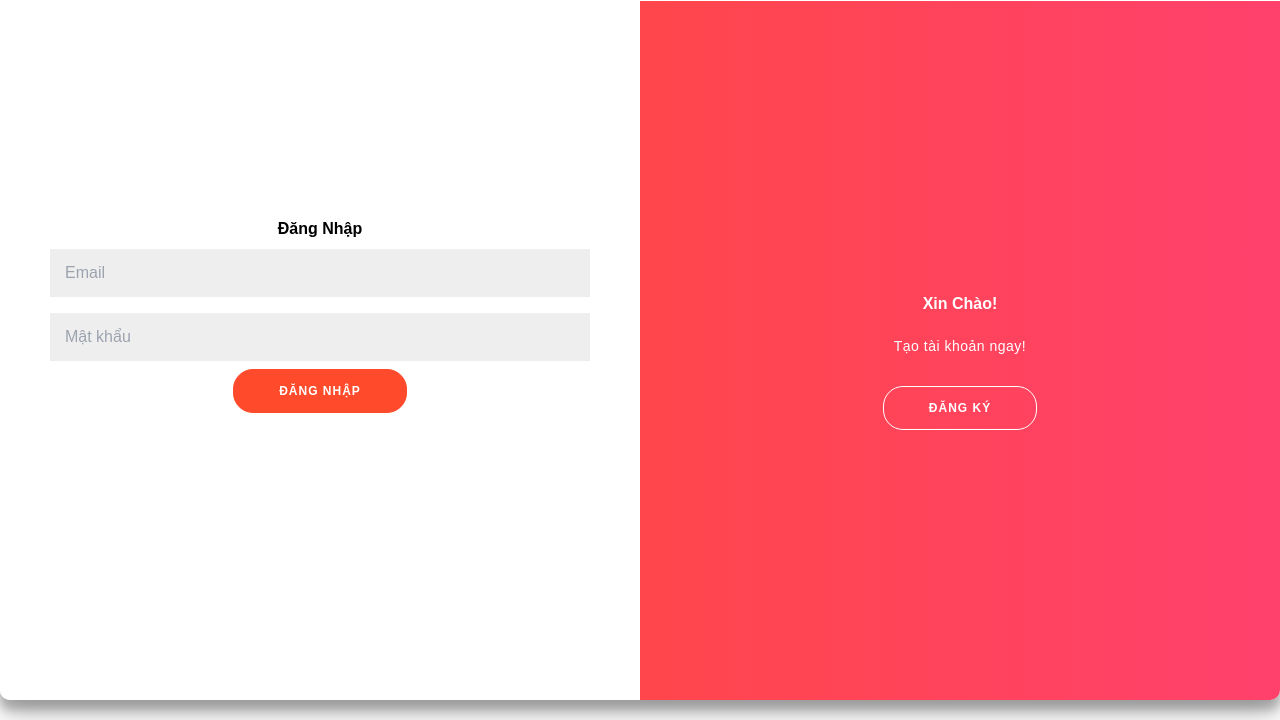
Repository: BlackWolf2002/project_airbn_react
Page: /
The author's editor kept a copy of each file at every save. The page is drawn from the files as they stood at one save, then again after the next save.
The browser window is 1280 px wide. The pictures show the whole page.
The project was rebuilt for these pictures with package versions that can differ from the ones it lists, and the page was loaded fresh each time. Also part of the build but not shown: vite.config.js.

Above is the page before, as saved 2025-02-05 00:03:21.

After the next save:
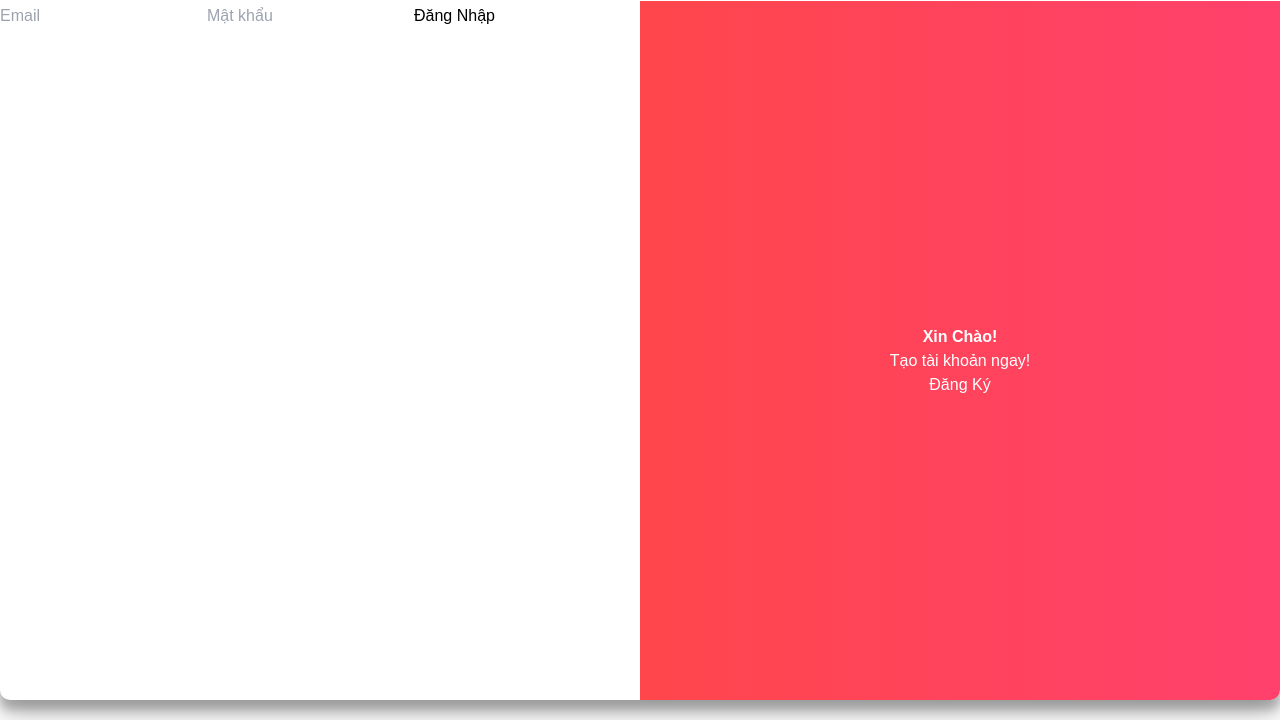
Saved 2 min 39 s later.
--- a/src/style/Login.css
+++ b/src/style/Login.css
@@ -16,74 +16,7 @@
     margin: 0;
 }
 
-.container-login h2 {
-    text-align: center;
-}
-
-.container-login p {
-    font-size: 14px;
-    font-weight: 100;
-    line-height: 20px;
-    letter-spacing: 0.5px;
-    margin: 20px 0 30px;
-}
-
-.container-login span {
-    font-size: 12px;
-}
-
-.container-login a {
-    color: #333;
-    font-size: 14px;
-    text-decoration: none;
-    margin: 15px 0;
-}
-
-.container-login button {
-    border-radius: 20px;
-    border: 1px solid #ff4b2b;
-    background-color: #ff4b2b;
-    color: #ffffff;
-    font-size: 12px;
-    font-weight: bold;
-    padding: 12px 45px;
-    letter-spacing: 1px;
-    text-transform: uppercase;
-    transition: transform 80ms ease-in;
-}
-
-.container-login button:active {
-    transform: scale(0.95);
-}
-
-.container-login button:focus {
-    outline: none;
-}
-
-.container-login button.ghost {
-    background-color: transparent;
-    border-color: #ffffff;
-}
-
-.container-login form {
-    background-color: #ffffff;
-    display: flex;
-    align-items: center;
-    justify-content: center;
-    flex-direction: column;
-    padding: 0 50px;
-    height: 100%;
-    text-align: center;
-}
-
-.container-login input {
-    background-color: #eee;
-    border: none;
-    padding: 12px 15px;
-    margin: 8px 0;
-    width: 100%;
-}
-
+/* Chỉnh sửa form container */
 .container-login .form-container {
     position: absolute;
     top: 0;
@@ -91,42 +24,32 @@
     transition: all 0.6s ease-in-out;
 }
 
+/* sign-in-container hiển thị khi không có right-panel-active */
 .sign-in-container {
     left: 0;
     width: 50%;
     z-index: 2;
 }
 
-.container-login.right-panel-active .sign-in-container {
-    transform: translateX(100%);
-}
-
+/* sign-up-container hiển thị khi có right-panel-active */
 .sign-up-container {
     left: 0;
     width: 50%;
-    opacity: 0;
-    /* z-index: 1; */
+    opacity: 1; /* Đảm bảo opacity luôn là 1 */
+    z-index: 1;
+    transition: transform 0.6s ease-in-out; /* Chuyển động mượt mà */
 }
 
+/* Khi bấm vào Đăng Ký */
 .container-login.right-panel-active .sign-up-container {
-    transform: translateX(100%);
-    opacity: 1;
-    z-index: 5;
-    animation: show 0.6s;
+    transform: translateX(100%); /* Di chuyển sang phải */
+    opacity: 1; /* Đảm bảo form Đăng Ký luôn có opacity 1 */
+    z-index: 5; /* Đảm bảo z-index là cao để không bị che */
 }
 
-@keyframes show {
-    0%,
-    49.99% {
-        opacity: 0;
-        z-index: 1;
-    }
-
-    50%,
-    100% {
-        opacity: 1;
-        z-index: 5;
-    }
+/* Khi bấm vào Đăng Nhập */
+.container-login.right-panel-active .sign-in-container {
+    transform: translateX(100%); /* Di chuyển sang phải khi Đăng Ký được chọn */
 }
 
 .overlay-container {
@@ -145,18 +68,12 @@
 }
 
 .overlay {
-    background: #ff416c;
-    background: -webkit-linear-gradient(to right, #ff4b2b, #ff416c);
     background: linear-gradient(to right, #ff4b2b, #ff416c);
-    background-repeat: no-repeat;
-    background-size: cover;
-    background-position: 0 0;
     color: #ffffff;
     position: relative;
     left: -100%;
     height: 100%;
     width: 200%;
-    transform: translateX(0);
     transition: transform 0.6s ease-in-out;
 }
 

After the save that followed:
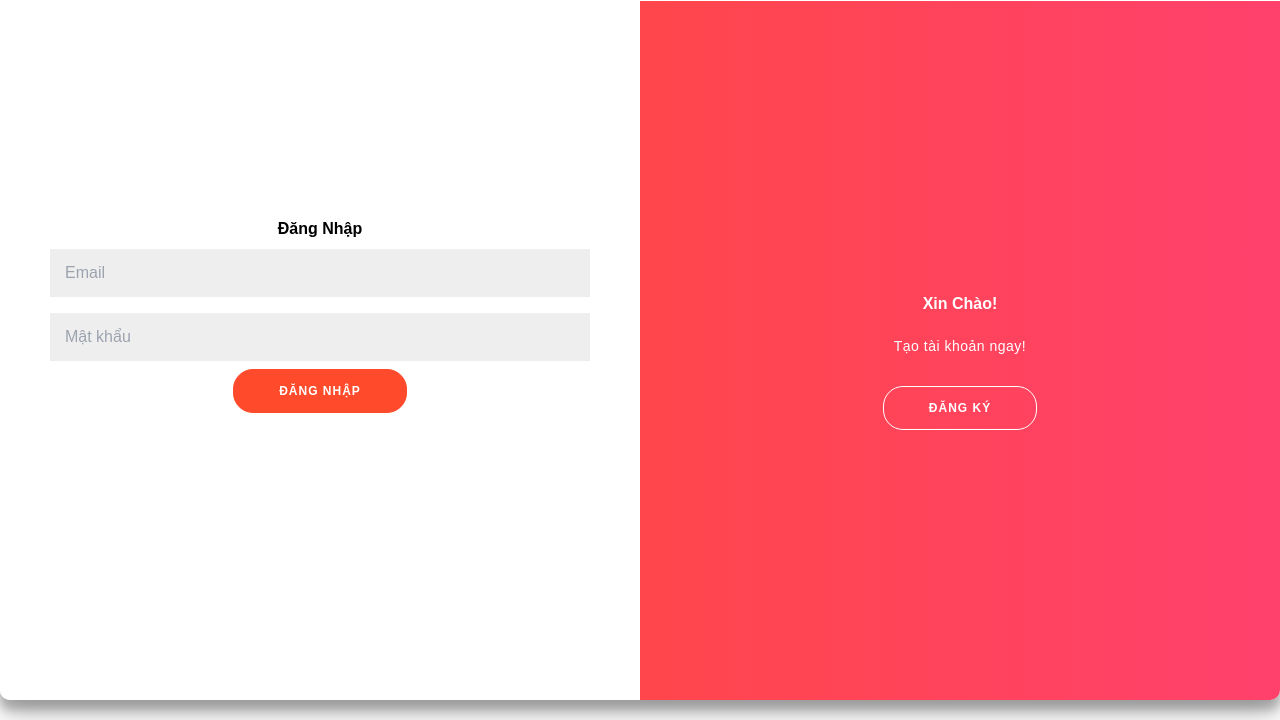
Saved 24 s later.
--- a/src/style/Login.css
+++ b/src/style/Login.css
@@ -16,7 +16,74 @@
     margin: 0;
 }
 
-/* Chỉnh sửa form container */
+.container-login h2 {
+    text-align: center;
+}
+
+.container-login p {
+    font-size: 14px;
+    font-weight: 100;
+    line-height: 20px;
+    letter-spacing: 0.5px;
+    margin: 20px 0 30px;
+}
+
+.container-login span {
+    font-size: 12px;
+}
+
+.container-login a {
+    color: #333;
+    font-size: 14px;
+    text-decoration: none;
+    margin: 15px 0;
+}
+
+.container-login button {
+    border-radius: 20px;
+    border: 1px solid #ff4b2b;
+    background-color: #ff4b2b;
+    color: #ffffff;
+    font-size: 12px;
+    font-weight: bold;
+    padding: 12px 45px;
+    letter-spacing: 1px;
+    text-transform: uppercase;
+    transition: transform 80ms ease-in;
+}
+
+.container-login button:active {
+    transform: scale(0.95);
+}
+
+.container-login button:focus {
+    outline: none;
+}
+
+.container-login button.ghost {
+    background-color: transparent;
+    border-color: #ffffff;
+}
+
+.container-login form {
+    background-color: #ffffff;
+    display: flex;
+    align-items: center;
+    justify-content: center;
+    flex-direction: column;
+    padding: 0 50px;
+    height: 100%;
+    text-align: center;
+}
+
+.container-login input {
+    background-color: #eee;
+    border: none;
+    padding: 12px 15px;
+    margin: 8px 0;
+    width: 100%;
+}
+
 .container-login .form-container {
     position: absolute;
     top: 0;
@@ -24,32 +91,42 @@
     transition: all 0.6s ease-in-out;
 }
 
-/* sign-in-container hiển thị khi không có right-panel-active */
 .sign-in-container {
     left: 0;
     width: 50%;
     z-index: 2;
 }
 
-/* sign-up-container hiển thị khi có right-panel-active */
+.container-login.right-panel-active .sign-in-container {
+    transform: translateX(100%);
+}
+
 .sign-up-container {
     left: 0;
     width: 50%;
-    opacity: 1; /* Đảm bảo opacity luôn là 1 */
-    z-index: 1;
-    transition: transform 0.6s ease-in-out; /* Chuyển động mượt mà */
-}
-
-/* Khi bấm vào Đăng Ký */
+    opacity: 0;
+    /* z-index: 1; */
+}
+
 .container-login.right-panel-active .sign-up-container {
-    transform: translateX(100%); /* Di chuyển sang phải */
-    opacity: 1; /* Đảm bảo form Đăng Ký luôn có opacity 1 */
-    z-index: 5; /* Đảm bảo z-index là cao để không bị che */
-}
-
-/* Khi bấm vào Đăng Nhập */
-.container-login.right-panel-active .sign-in-container {
-    transform: translateX(100%); /* Di chuyển sang phải khi Đăng Ký được chọn */
+    transform: translateX(100%);
+    opacity: 1;
+    z-index: 5;
+    animation: show 0.6s;
+}
+
+@keyframes show {
+    0%,
+    49.99% {
+        opacity: 0;
+        z-index: 1;
+    }
+
+    50%,
+    100% {
+        opacity: 1;
+        z-index: 5;
+    }
 }
 
 .overlay-container {
@@ -68,12 +145,18 @@
 }
 
 .overlay {
+    background: #ff416c;
+    background: -webkit-linear-gradient(to right, #ff4b2b, #ff416c);
     background: linear-gradient(to right, #ff4b2b, #ff416c);
+    background-repeat: no-repeat;
+    background-size: cover;
+    background-position: 0 0;
     color: #ffffff;
     position: relative;
     left: -100%;
     height: 100%;
     width: 200%;
+    transform: translateX(0);
     transition: transform 0.6s ease-in-out;
 }
 
